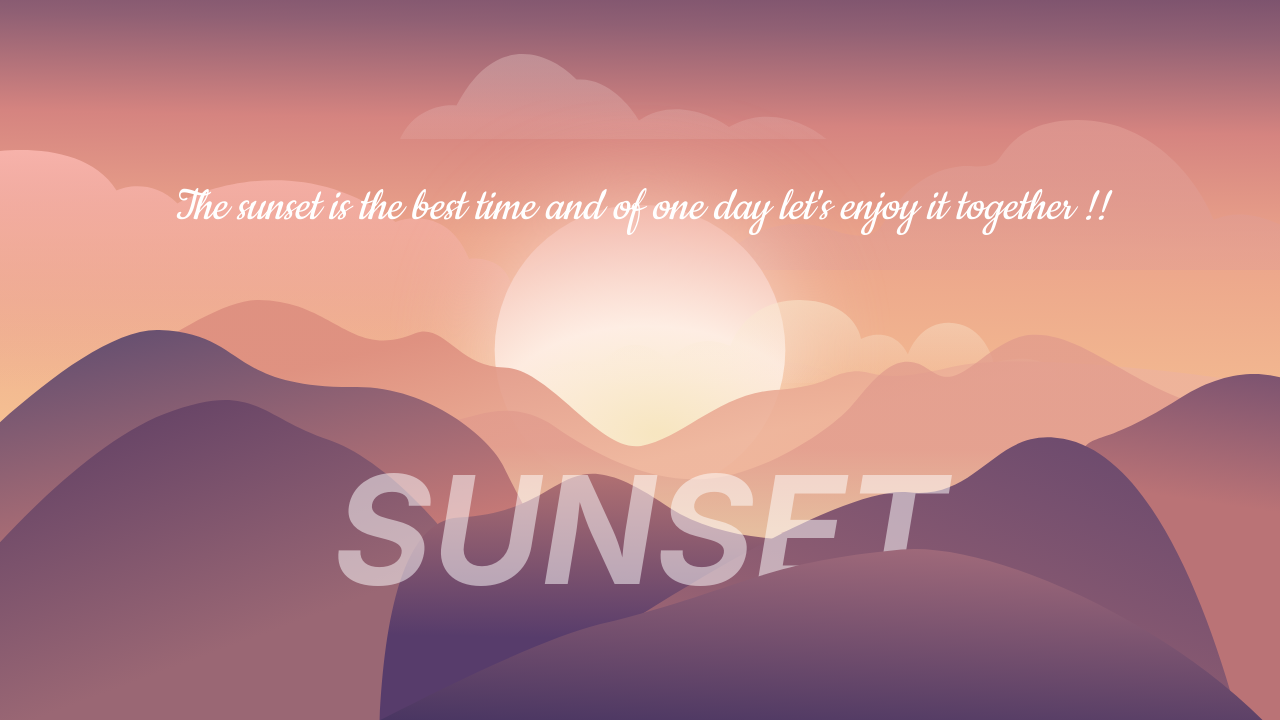
Repository: nambui98/parallax
Page: /
An editor plug-in stored every save of this project. The page is shown before and after a run of saves, followed by the edit.
The browser window is 1280 px wide. The pictures show the whole page.
The project was rebuilt for these pictures with package versions that can differ from the ones it lists, and the page was loaded fresh each time. Also part of the build but not shown: vite.config.ts.

Above is the page before, as saved 2022-03-24 13:15:52.

### src/App.tsx
import { useState } from 'react'
import bg_1 from './assets/images/bg_1.svg'
import bg_2 from './assets/images/bg_2.svg'
import bg_3 from './assets/images/bg_3.svg'
import bg_4 from './assets/images/bg_4.svg'
import bg_5 from './assets/images/bg_5.svg'
import bg_6 from './assets/images/bg_6.svg'
import bg_7 from './assets/images/bg_7.svg'
import bg_8 from './assets/images/bg_8.svg'
import bg_9 from './assets/images/bg_9.svg'
import bg_10 from './assets/images/bg_10.svg'
import './App.scss'

function App() {

  return (
    <div className="App">
      <div className="main">
        <div className="banner">
          <img className='bg_1' src={bg_1} alt="" />
          <img className='bg_2' src={bg_2} alt="" />
          <img className='bg_3' src={bg_3} alt="" />
          <img className='bg_4' src={bg_4} alt="" />
          <img className='bg_5' src={bg_5} alt="" />
          <img className='bg_6' src={bg_6} alt="" />
          <img className='bg_7' src={bg_7} alt="" />
          <img className='bg_9' src={bg_9} alt="" />
          <img className='bg_10' src={bg_10} alt="" />

          {/* <img className='bg_8' src={bg_8} alt="" /> */}
          <h3>The sunset is the best time and of one day let's enjoy it together !!</h3>
          <h1>Sunset</h1>
        </div>
      </div>
    </div>
  )
}

export default App

### src/App.scss
@import url('https://fonts.googleapis.com/css2?family=Cookie&display=swap');
*,
*::after,
*::before{
  padding: 0;
  margin: 0;
  box-sizing: inherit;
}
html{
  font-size: 62.5%;
  box-sizing: border-box;
}
.banner{
  background: linear-gradient(181.12deg, #6D4869 -4.47%, #906074 5.09%, #D58480 18.15%, #ECA58B 34.03%, #F8C995 69.69%);
  height: 100vh;
  position: relative;
  z-index: -1;
  overflow: hidden;
  h3{
    position: absolute;
    top: 18rem;
    width: 100%;
    font-size: 5rem;
    font-weight: 400;
    font-style: italic;
    color: #fff;
    font-family: 'Cookie', cursive;
    text-align: center;
    // left: 50%;
    // transform: translateX(-50%);
  }
  h1{
    position: absolute;
    bottom: 10rem;
    width: 100%;
    font-size: 15rem;
    font-style: italic;
    color: rgba(255, 255, 255, .5);
    text-align: center;
    text-transform: uppercase;
    z-index: 0;
  }
  img{
    position: absolute;
    z-index: 0;
    &.bg_1{
      top: 5.4rem;
      left: 40rem;
    }
    &.bg_2{
      left: 0;
      top: 15rem;
    }
    &.bg_3{
      right: 0;
      top: 12rem;
    }
    &.bg_4{
      left: 50%;
      top: 10rem;
      transform: translateX(-50%);
      // top: 28.6rem;
      width: 50rem;
    }
    &.bg_5{
      right: 22rem;
      top: 30rem;
    }
    &.bg_6{
      right: 0;
      left: 0;
      top: 30rem;
      width: 100%;
    }
    &.bg_7{
      right: 0;
      left: 0;
      top: 33rem;
      width: 100%;
      // z-index: 1;
    }
    &.bg_9{
      width: 100%;
      top: 40rem;
      // z-index: 1;
    }
    &.bg_10{
      bottom: -13rem;
      z-index: 1;
    }
  }
}

Loaded but not shown: index.html (common file); src/main.tsx (common file); src/index.css (common file)

After the next 2 saves:
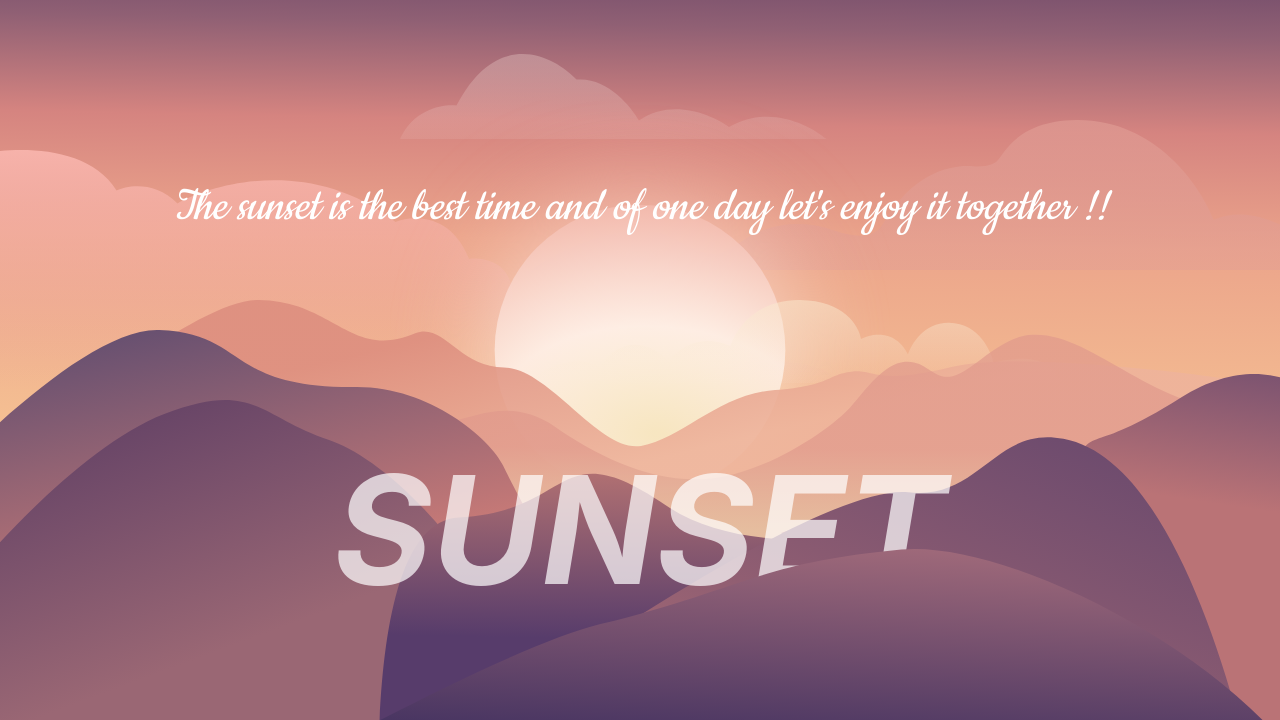
The 2 saves are shown as one change because they came seconds apart.
The last was saved 10 s later.
--- a/src/App.scss
+++ b/src/App.scss
@@ -35,7 +35,7 @@ html{
     width: 100%;
     font-size: 15rem;
     font-style: italic;
-    color: rgba(255, 255, 255, .5);
+    color: rgba(255, 255, 255, .7);
     text-align: center;
     text-transform: uppercase;
     z-index: 0;
